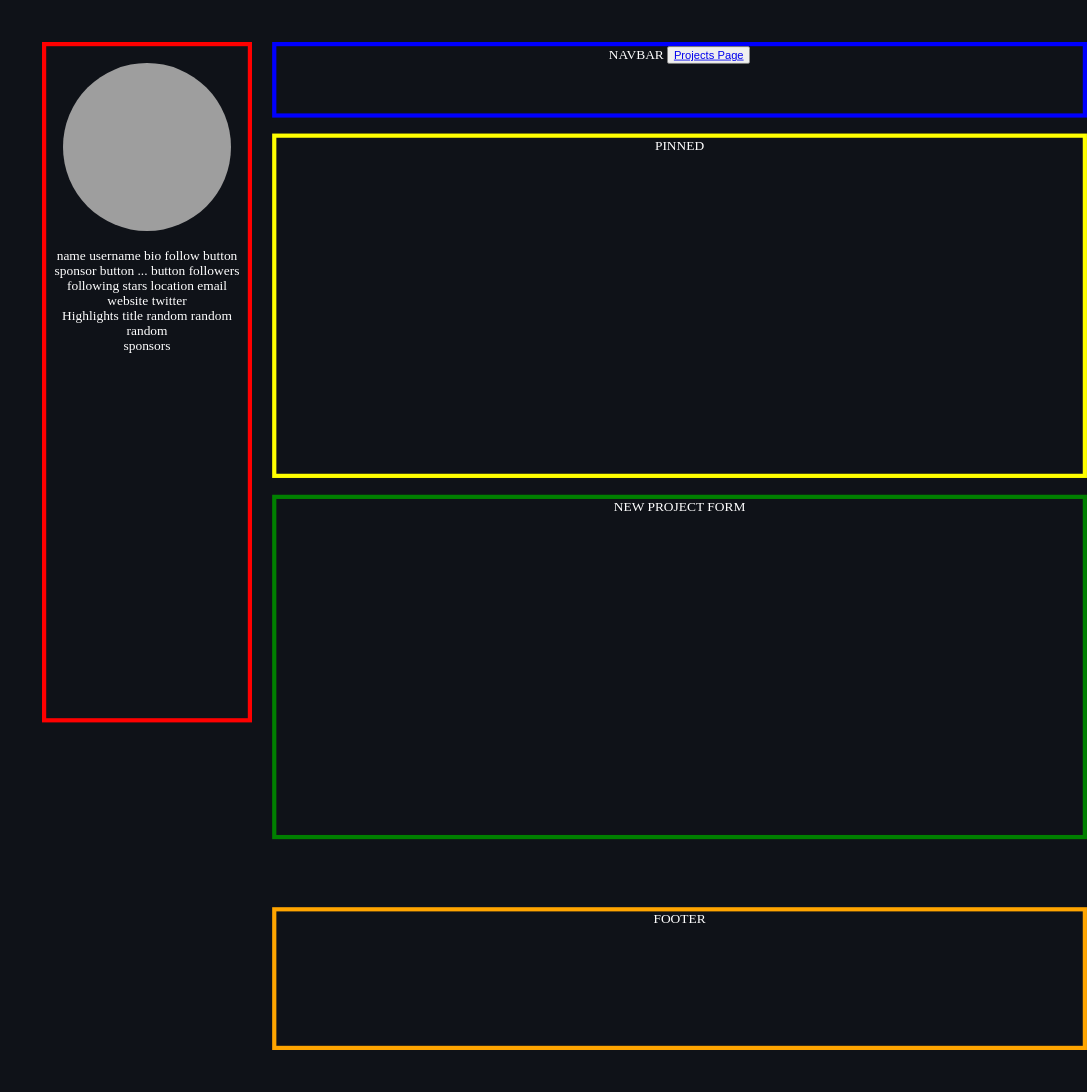
Repository: nss-evening-cohort-28/nss-evening-cohort-28-classroom-gitsub-Q1-project-gitsub
Page: index.html
These files come from the project's save history. The page is drawn as it stood at one moment and after the next save; the edit follows.
The browser window is 1280 px wide. The page is 1294 px wide, so the pictures cover 1294 px, including what lies to the right of the window. The pictures show the whole page, at 84% of full size.
Pictures or frames that could not be fetched are drawn as grey boxes.

Above is the page before, as saved 2024-08-07 19:29:10.

### index.html
<!DOCTYPE html>
<html lang="en">
<head>
    <meta charset="UTF-8">
    <meta name="viewport" content="width=device-width, initial-scale=1.0">
    <link rel="stylesheet" href="main.css">
    <title>Document</title>
</head>
<body>
    <div class="flexContainer">
        <div class="profile">
          <div class="top-section">
            <img src="https://media.tenor.com/GliBTZeL1kQAAAAM/%D0%BC%D0%BE%D0%B9-%D0%B4%D0%B5%D0%B4.gif" class="card-img-top" >
            name
            username
            bio
            follow button sponsor button ... button
            followers following stars
            location
            email
            website
            twitter
          </div>
          <div class="middle-section">
            Highlights title
            random
            random
            random
          </div>
          <div class="bottom-section">
            sponsors
          </div>
        </div>
        <div class="flexContainer">
            <div class="navBar">NAVBAR
              <button><a href="projects.html">
                Projects Page
              </a></button>
            </div>
            <div class="pinned">PINNED</div>
            <div class="newProject">NEW PROJECT FORM</div>
            <div class="footer">FOOTER</div>
        </div>
    </div>
    <script src="main.js"></script>
</body>
</html>

### main.css
body {
    background-color: #0F1218;
    text-align: center;
    margin: 50px;
    width: 1200px;
    color: white;
}

.flexContainer {
    display: flex;
    flex-wrap: wrap;
    flex-direction: column;
    max-width: 75rem;
    height: 75rem;
    gap: 2%;
}

.profile {
    border: 5px solid red;
    width: 15rem;
    height: 50rem;
}

.navBar {
    border: 5px solid blue;
    width: 60rem;
    height: 5rem;
}

.pinned {
    border: 5px solid yellow;
    width: 60rem;
    height: 25rem;
    margin-top: 2%;
}

.newProject {
    border: 5px solid green;
    width: 60rem;
    height: 25rem;
    margin-top: 2%;
}

.footer {
    border: 5px solid orange;
    width: 60rem;
    height: 10rem;
    margin-top: auto;
    align-self: flex-end;
}

#footerContainer {
    display: flex;
    align-self: flex-end;

}

/* Noah Styling: Profile Section Start*/

.top-section {
    display: flex;
    flex-wrap: wrap;
    justify-content: flex-start;
}

.card-img-top {
    display: flex;
    flex-wrap: wrap;
    justify-content: space-around;
    border-radius: 50%;
    height: 200px;
    width: 200px;
    margin: 20px;
  }


/* Noah Styling: Profile Section End */

Loaded but not shown: main.js (no copy from this time; the picture is the same without it)

After the next save:
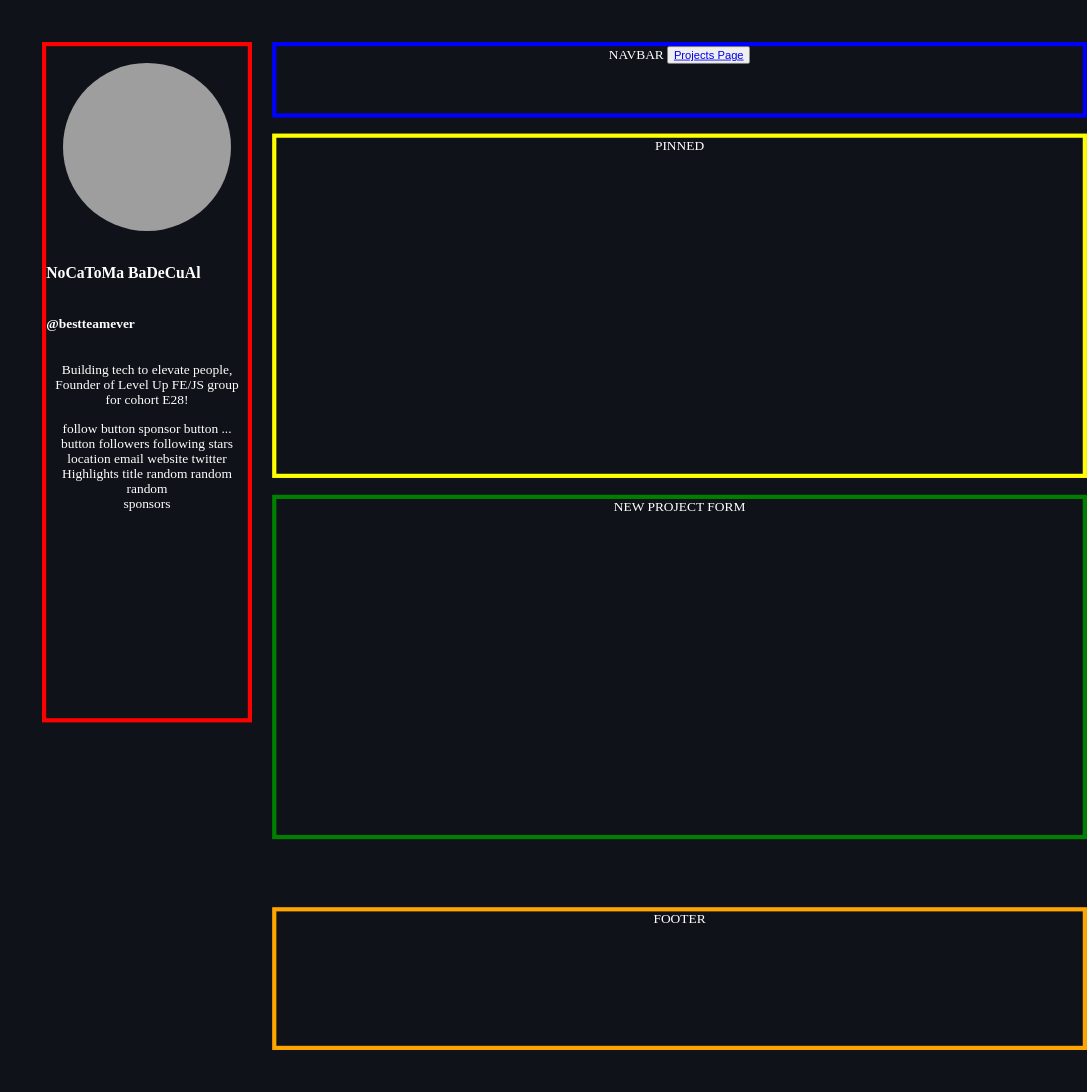
Saved 7 min 56 s later.
--- a/index.html
+++ b/index.html
@@ -11,9 +11,9 @@
         <div class="profile">
           <div class="top-section">
             <img src="https://media.tenor.com/GliBTZeL1kQAAAAM/%D0%BC%D0%BE%D0%B9-%D0%B4%D0%B5%D0%B4.gif" class="card-img-top" >
-            name
-            username
-            bio
+            <h3>NoCaToMa BaDeCuAl</h3>
+            <h4>@bestteamever</h4>
+            <p>Building tech to elevate people, Founder of Level Up FE/JS group for cohort E28!</p>
             follow button sponsor button ... button
             followers following stars
             location
